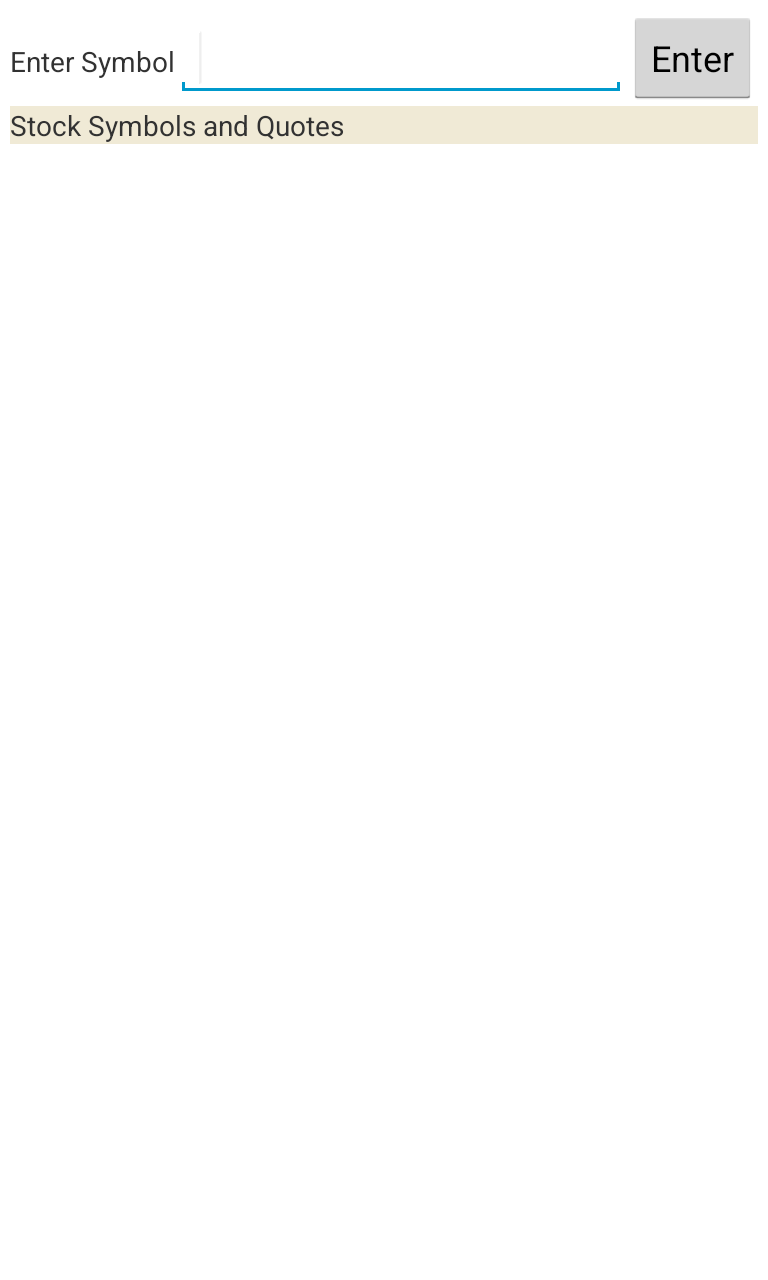
Repository: almeiduh/AndroidApps
Layout: StockQuote/res/layout/activity_main.xml
The author's editor kept a copy of each file at every save. The layout is drawn from the files as they stood at one save, then again after the next save.
It is drawn on a 768 x 1280 px phone screen (xhdpi) without system bars, with theme AppTheme; the app's code is not run.

Above is the layout before, as saved 2014-02-04 23:46:38.

After the next save:
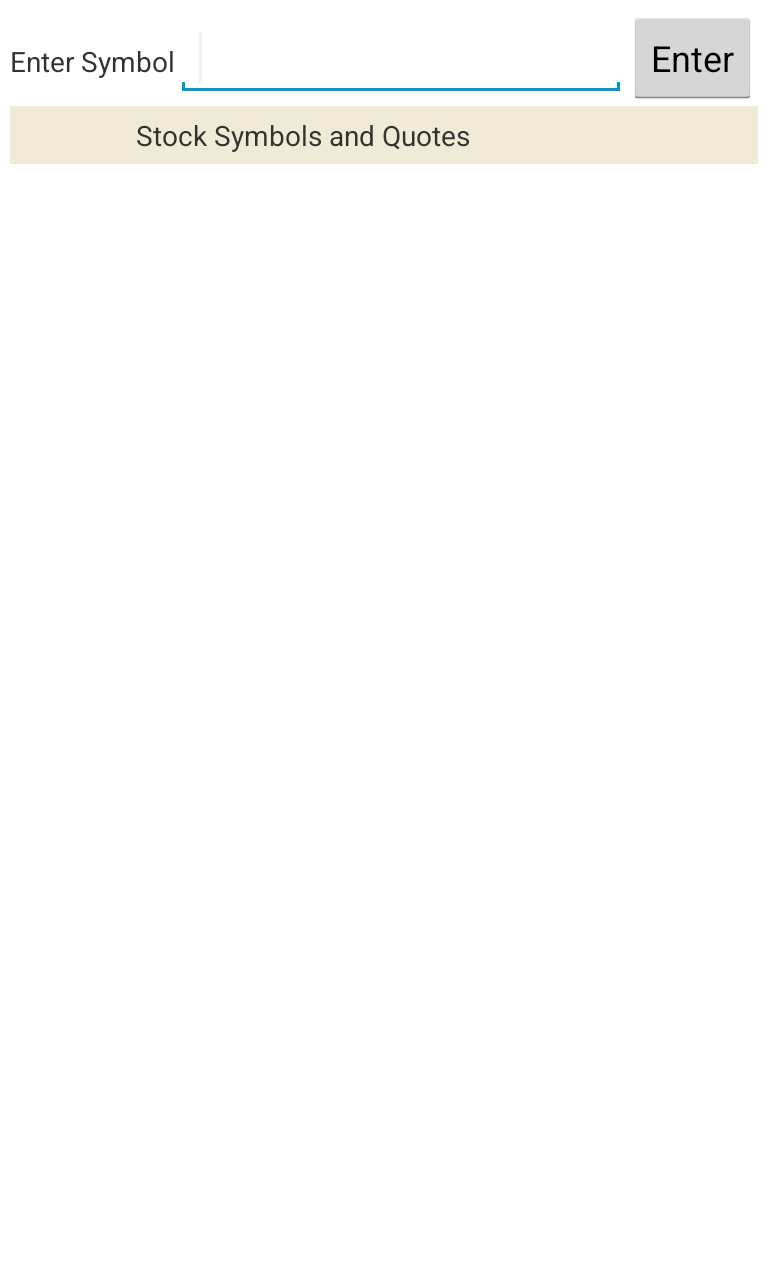
Saved 14 min 24 s later.
--- a/StockQuote/res/layout/activity_main.xml
+++ b/StockQuote/res/layout/activity_main.xml
@@ -50,7 +50,9 @@
             android:id="@+id/stockSymbolTextView"
             android:layout_width="match_parent"
             android:layout_height="wrap_content"
-            android:layout_span = "20"
+            android:layout_span="2"
+            android:padding="5dp"
+            android:gravity="center_horizontal"
             android:text="@string/stock_symbol_list" />
 
     </TableRow>
